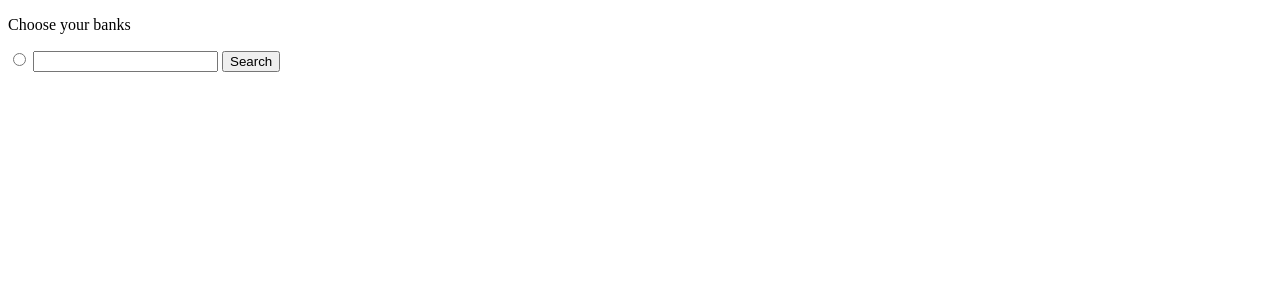
Repository: KingWisdomDEV/kingwisdomdev.github.io
Page: search-keys/index.html
The author's editor kept a copy of each file at every save. The page is drawn from the files as they stood at one save, then again after the next save.
The browser window is 1280 px wide. The pictures show the whole page.

Above is the page before, as saved 2022-03-27 11:12:18.

### search-keys/index.html
<!DOCTYPE html>
<html lang="en">

<head>
    <meta charset="UTF-8">
    <meta http-equiv="X-UA-Compatible" content="IE=edge">
    <meta name="viewport" content="width=device-width, initial-scale=1.0">
    <title>Search Keys | King Wisdom</title>
</head>

<body>
    <p>Choose your banks</p>
    <input type="radio" name="bankName" value="PRX">
    <input type="text" id="keywords"/>
    <button id="btn-search">Search</button>

    <div id="result">

    </div>
    <script src="./script.js"></script>
</body>

</html>

Loaded but not shown: search-keys/script.js (library)

After the next save:
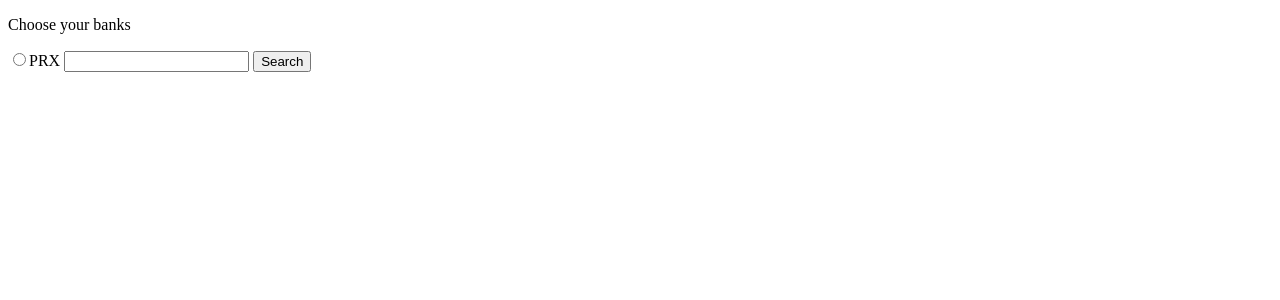
Saved 14 s later.
--- a/search-keys/index.html
+++ b/search-keys/index.html
@@ -10,7 +10,7 @@
 
 <body>
     <p>Choose your banks</p>
-    <input type="radio" name="bankName" value="PRX">
+    <input type="radio" name="bankName" value="PRX">PRX
     <input type="text" id="keywords"/>
     <button id="btn-search">Search</button>
 
